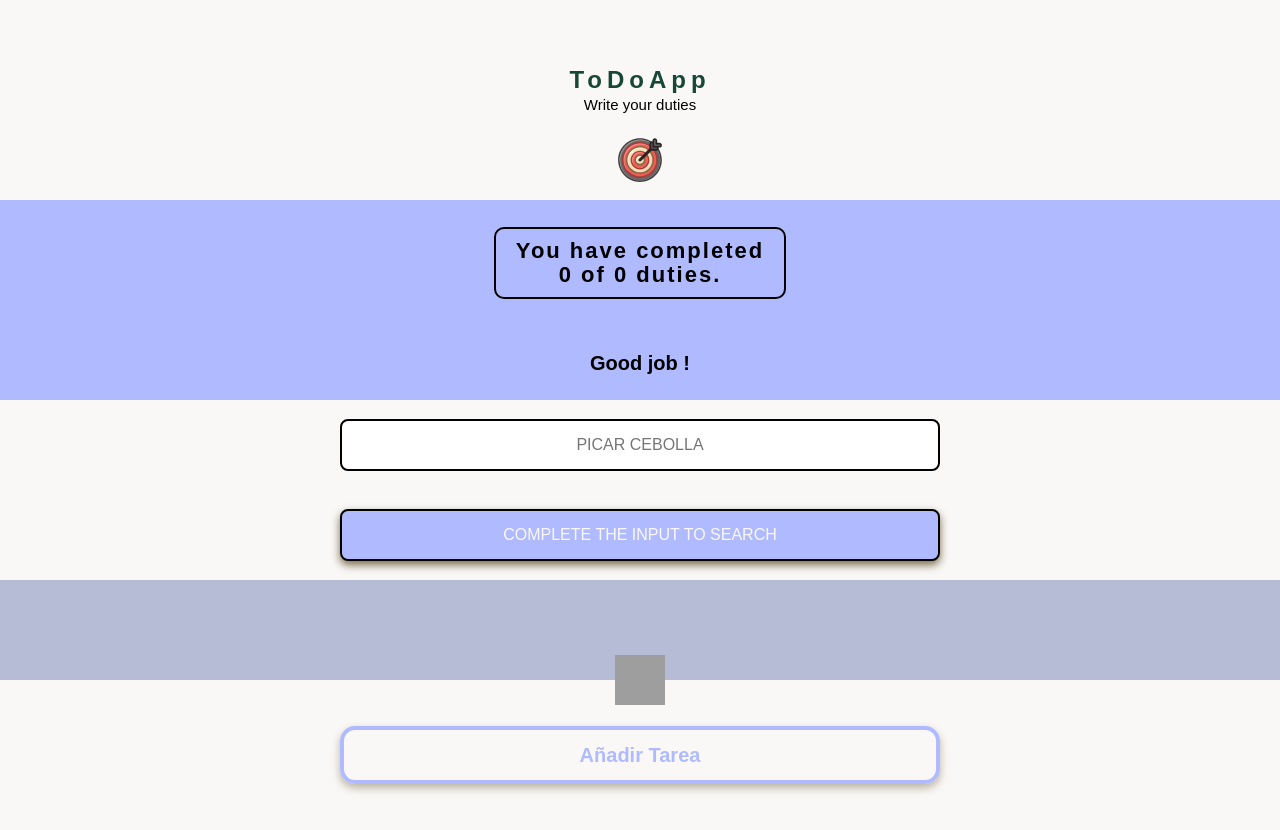
Repository: ChristianGecchelin/to-do-app
Page: /
These files come from the project's save history. The page is drawn as it stood at one moment and after the next save; the edit follows.
The browser window is 1280 px wide. The pictures show the whole page.
Pictures or frames that could not be fetched are drawn as grey boxes. The project was rebuilt for these pictures with package versions that can differ from the ones it lists, and the page was loaded fresh each time. Also part of the build but not shown: src/ToDoItem.js.

Above is the page before, as saved 2022-01-14 11:19:03.

After the next save:
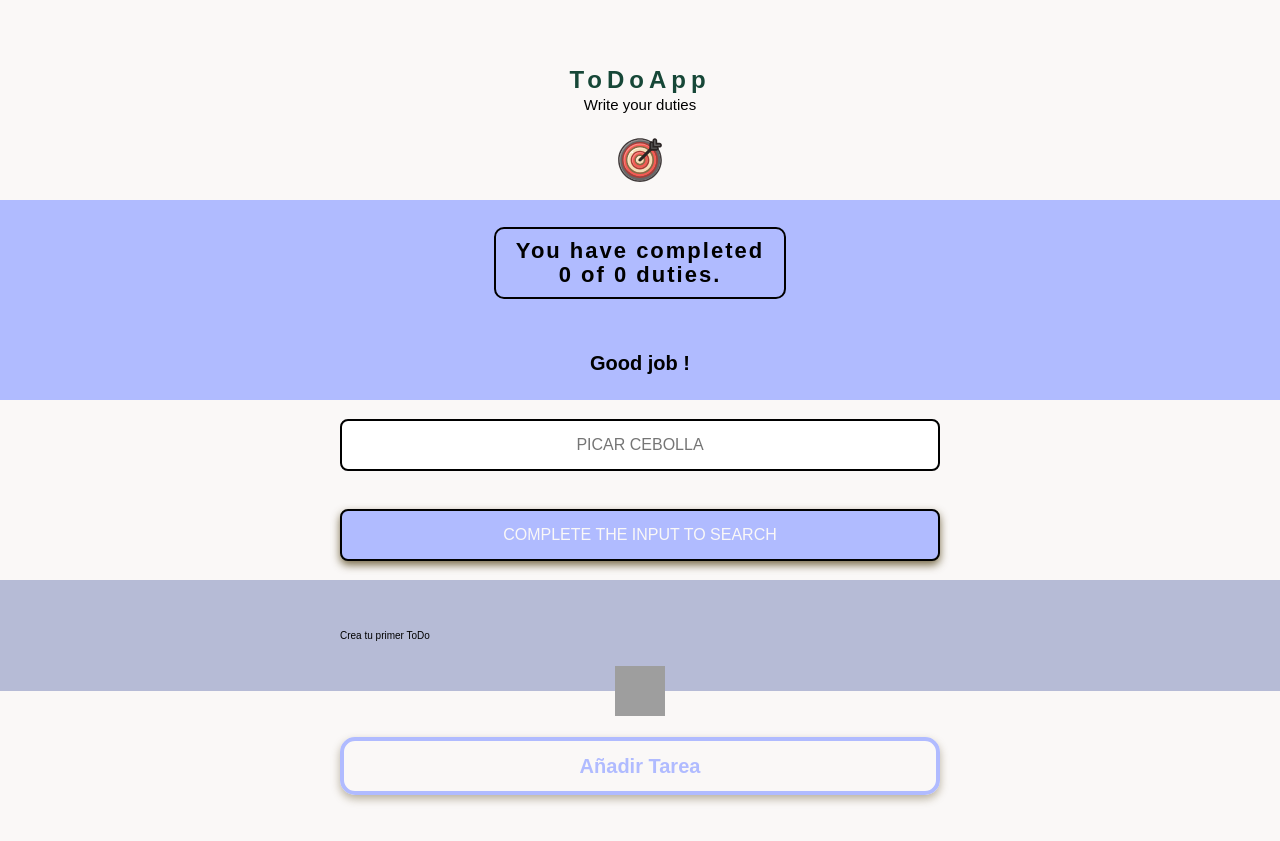
Saved 6 min 6 s later.
--- a/src/App/AppUI.js
+++ b/src/App/AppUI.js
@@ -6,6 +6,8 @@ import { ToDoItem } from "../ToDoItem";
 import { Header } from "../Header";
 
 function AppUI({
+  loading,
+  error,
   totalTodos,
   completedTodos,
   searchValue,
@@ -21,6 +23,12 @@ function AppUI({
       <ToDoCounter total={totalTodos} completed={completedTodos} />
       <ToDoSearch searchValue={searchValue} setSearchValue={setSearchValue} />
       <ToDoList>
+        {/* declaro tres variables, que luego van a presentar tres situaciones distintas.
+        la tercera significa, si loading es false(ya cargó) y el array es vacio muestro ese mensaje */}
+        {error && <p>Hubo un error en la carga...</p>}
+        {loading && <p>Cargando...</p>}
+        {!loading && !searchedTodos.length && <p>Crea tu primer ToDo</p>}
+
         {searchedTodos.map((todo) => (
           <ToDoItem
             key={todo.id}
